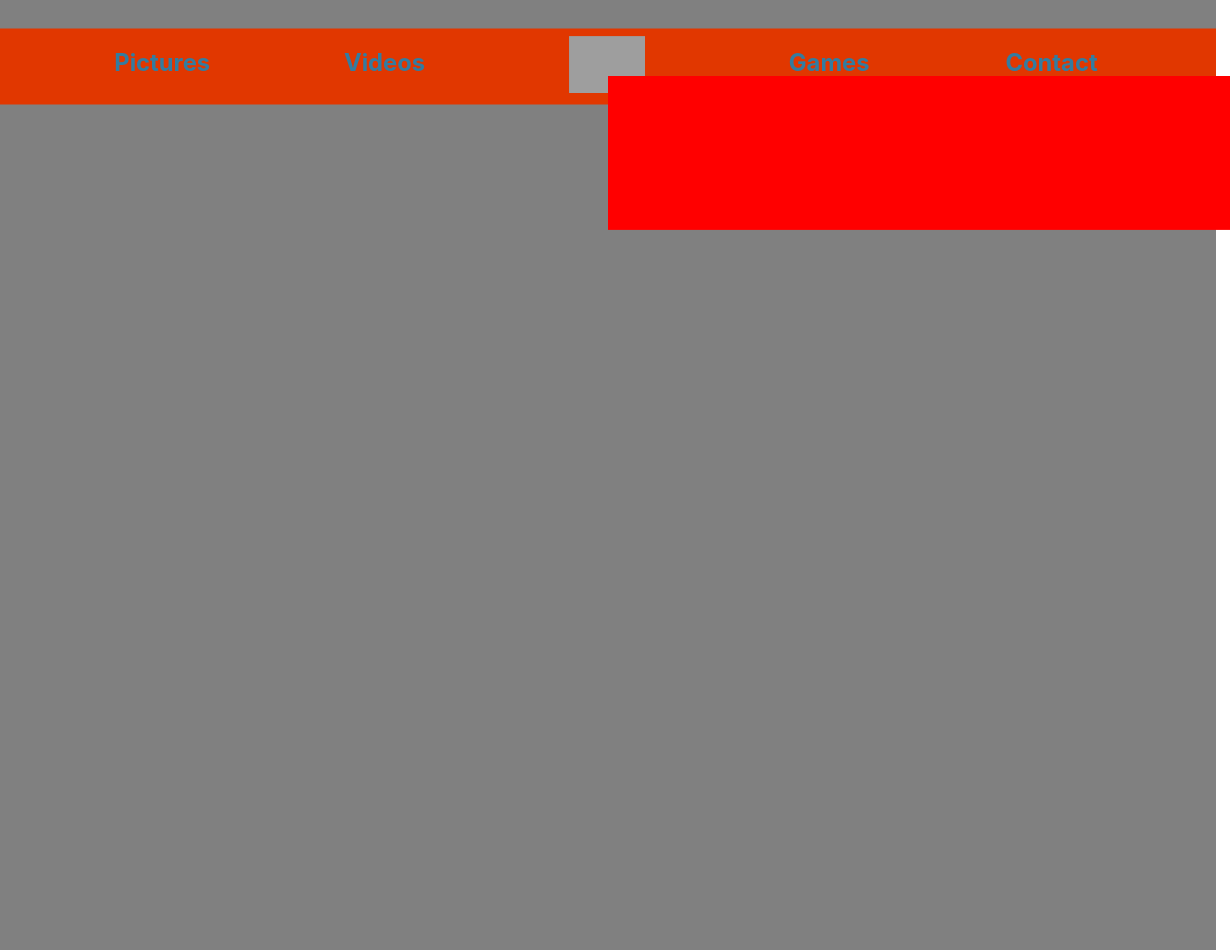
Repository: marty-wickham/2nd-milestone-project
Page: index.html
The author's editor kept a record of every edit. The page is drawn from the files as they stood at one moment, then again after the next edit.
The browser window is 1280 px wide. The page is 1295 px wide, so the pictures cover 1295 px, including what lies to the right of the window. The pictures show the whole page, at 95% of full size.
Pictures or frames that could not be fetched are drawn as grey boxes.

Above is the page before.

### index.html
<!DOCTYPE html>
<html lang="en">

<head>
    <meta charset="UTF-8">
    <meta name="viewport" content="width=device-width, initial-scale=1.0">
    <meta http-equiv="X-UA-Compatible" content="ie=edge">
    <title>2nd Milestone Project</title>

    <!-- css and js links -->
    <link rel="stylesheet" href="https://stackpath.bootstrapcdn.com/bootstrap/4.3.1/css/bootstrap.min.css" integrity="sha384-ggOyR0iXCbMQv3Xipma34MD+dH/1fQ784/j6cY/iJTQUOhcWr7x9JvoRxT2MZw1T" crossorigin="anonymous">
    <link rel="stylesheet" href="assets/css/style.css" type="text/css" />
    <script type="text/javascript" src="assets/js/jquery-3.4.1.js"></script>
    <script type="text/javascript" src="assets/js/simon.js"></script>
</head>

<body>
    <div class="page-container">
        <div class="navbar">
            <ul class="nav-list">
                <li class="nav-item"><a href="">Pictures</a></li>
                <li class="nav-item"><a href="">Videos</a></li>
                <li class="nav-item">
                    <div class="logo">
                        <img src="https://thumbs.dreamstime.com/z/simple-image-triangle-motif-logo-simple-easy-cool-logo-best-your-business-simple-logo-triangle-red-113714424.jpg" alt="logo"></img>
                    </div>
                </li>
                <li class="nav-item"><a href="">Games</a></li>
                <li class="nav-item"><a href="#">Contact</a></li>
            </ul>
        </div>
        <div class="section simon-game">
            <div class="row game-row">
                <div class="col" class="color-btn" id="red">

                </div>
                <div class="col color-btn" id="green">

                </div>
            </div>
            <div class="row game-row">
                <div class="col" class="color-btn" id="blue">

                </div>
                <div class="col" class="color-btn" id="yellow">

                </div>
            </div>
        </div>
        <div class="footer">

        </div>
    </div>
</body>

</html>

### assets/css/style.css
.page-container {
    height: 1000px;
    background-color: gray;
}

.navbar {
    width: 100%;
    height: 80px;
    background-color: #E13700;
    position: relative;
    top: 30px;
}

.nav-list {
    width: 100%;
}

.nav-item {
    display: inline-block;
    font-weight: bold;
    font-size: 25px;
    width: 19%;
    text-align: center;
}

.logo {
    height: 80px;
    width: 80px;
    margin: 0 auto;
}

img {
    max-width: 100%;
    max-height: 100%;
}

.nav-item a {
    text-decoration: none;
    color: #337CA0;
}

/*-------------------------------------- Simon Game -------------------*/

.simon-game {
    height: 90vh;
}

.game-row {
    height: 50%;
}

.color-btn {
    width: 100%;
    height: 50%;
    background-color: red;
}

### assets/js/simon.js
/* var game = {
    count: 0,
    gameMemory: [],
    playerMemory: [],
    colors: ["red", "green", "blue", "yellow"]
};

function newGame() {
    game.count = 0;
    game.gameMemory = [];
    game.playerMemory = [];
}

newGame();

function gameMove() {
    game.count++;
    game.gameMemory.push(game.colors[Math.floor((Math.random() * 4) + 1)]);
}

gameMove;

function playSequence() {
    for(var i = 0; i <= game.gameMemory.length; i++) {
        document.getElementById(game.gameMemory[i]);
    }
}
*/

$("#red").mouseenter(function() {
    $(this).addClass("highlight");
})

Loaded but not shown: assets/js/jquery-3.4.1.js (library)

After the next edit:
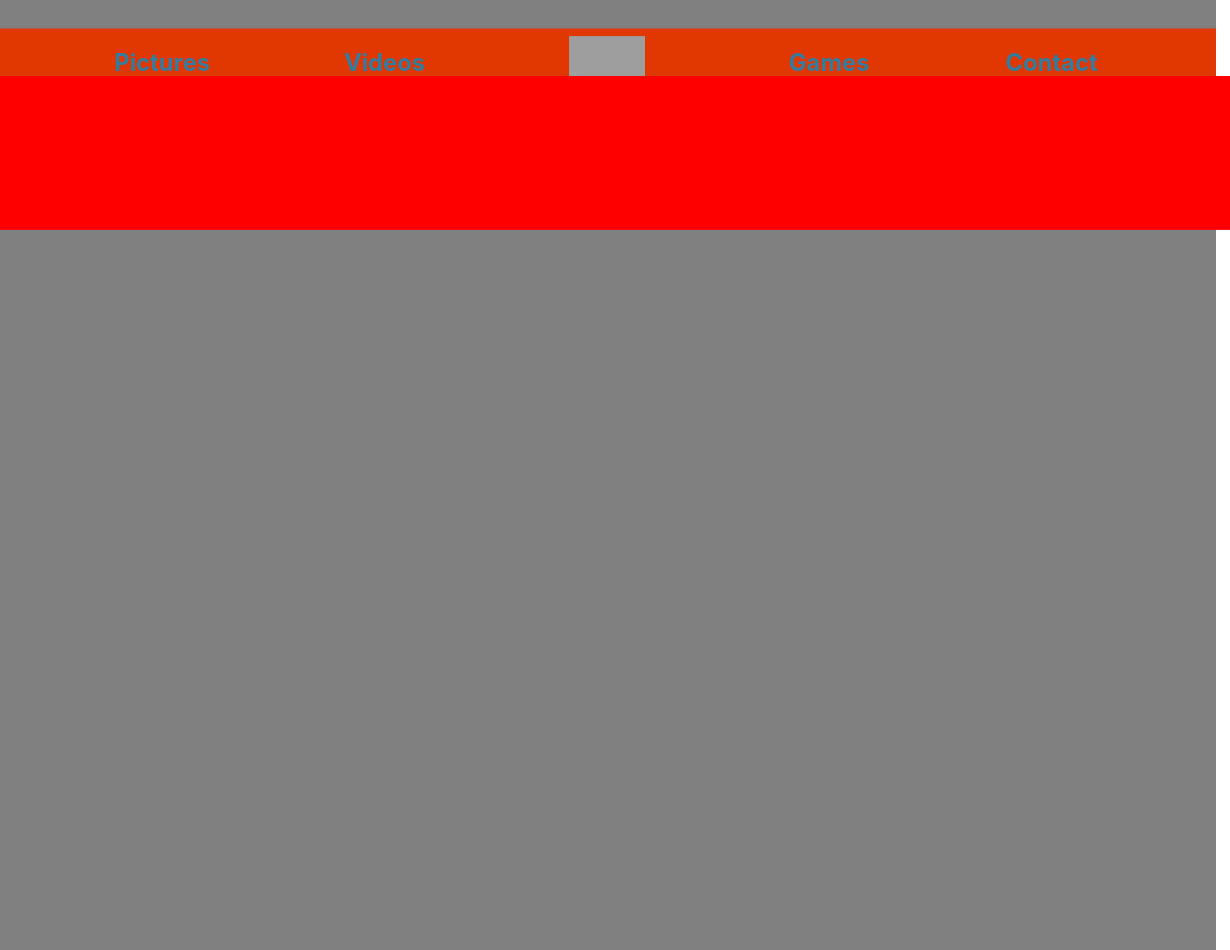
The edit:
--- a/index.html
+++ b/index.html
@@ -31,7 +31,7 @@
         </div>
         <div class="section simon-game">
             <div class="row game-row">
-                <div class="col" class="color-btn" id="red">
+                <div class="col color-btn" id="red">
 
                 </div>
                 <div class="col color-btn" id="green">
